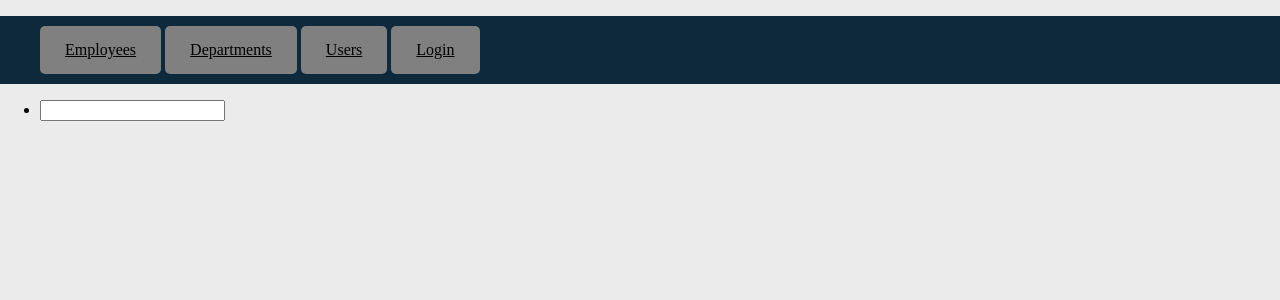
Repository: avsuhas/Java-Project
Page: Employee Project/WebContent/html/button.html
The author's editor kept a copy of each file at every save. The page is drawn from the files as they stood at one save, then again after the next save.
The browser window is 1280 px wide. The pictures show the whole page.

Above is the page before, as saved 2017-05-25 15:15:58.

### Employee Project/WebContent/html/button.html
<!DOCTYPE html>
<html>
<head>
    <title>Button Testing</title>
    <style type="text/css">




    html, body {
    	margin: 0px;
    	background: #ebebeb;
    }
      .ulTag {
      	list-style-type: none;
      	background: #0E283C;
      	margin: 0px;
      }


      .liTag {
        display: inline-block;
            padding: 15px 25px;
            background: grey;
            border-radius: 5px;
            margin: 10px 0px 10px 0px;
            text-align: right;
        }
        .sbmtBtn {
        	width: 90px;
		    height: 35px;
		    border-radius: 10px;
		    font-size: 17px;
		    margin-top: 20px;
}
        }

</style>


</head>
<body>

	<div class="ulTag">
	<ul>
		<li class="liTag"> <a href="../jsp/employees.jsp" style="color:black;">Employees</a></li>
		<li class="liTag"><a href="../jsp/departments.jsp" style="color:black;">Departments</a></li>
		<li class="liTag"><a href="../jsp/user.jsp" style="color:black;">Users</a></li>
		<li class="liTag"><a href="welcomePage.html" style="color:black;">Login</a></li>
	</ul>
	</div>

	<div>
		<div>
			<ul>
			<li><input type="search"/></li>
			</ul>
		</div>
	</div>

<br>



</body>
</html>

After the next save:
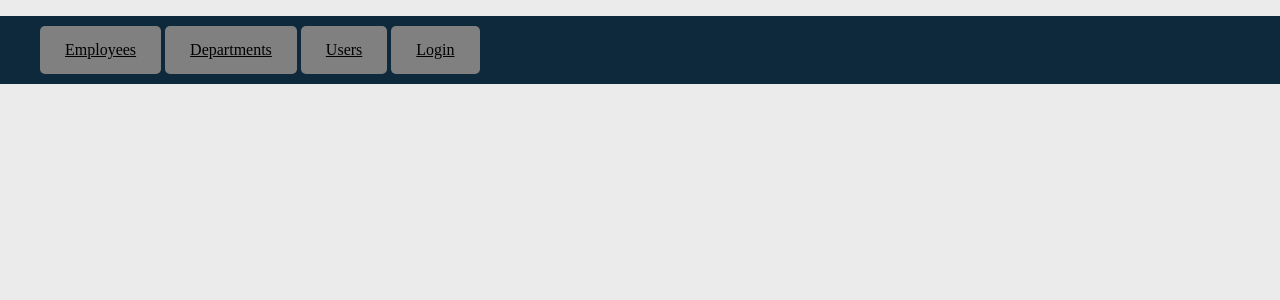
Saved 61 s later.
--- a/Employee Project/WebContent/html/button.html
+++ b/Employee Project/WebContent/html/button.html
@@ -50,15 +50,7 @@
 	</ul>
 	</div>
 
-	<div>
-		<div>
-			<ul>
-			<li><input type="search"/></li>
-			</ul>
-		</div>
-	</div>
-
-<br>
+	<br>
 
 
 
